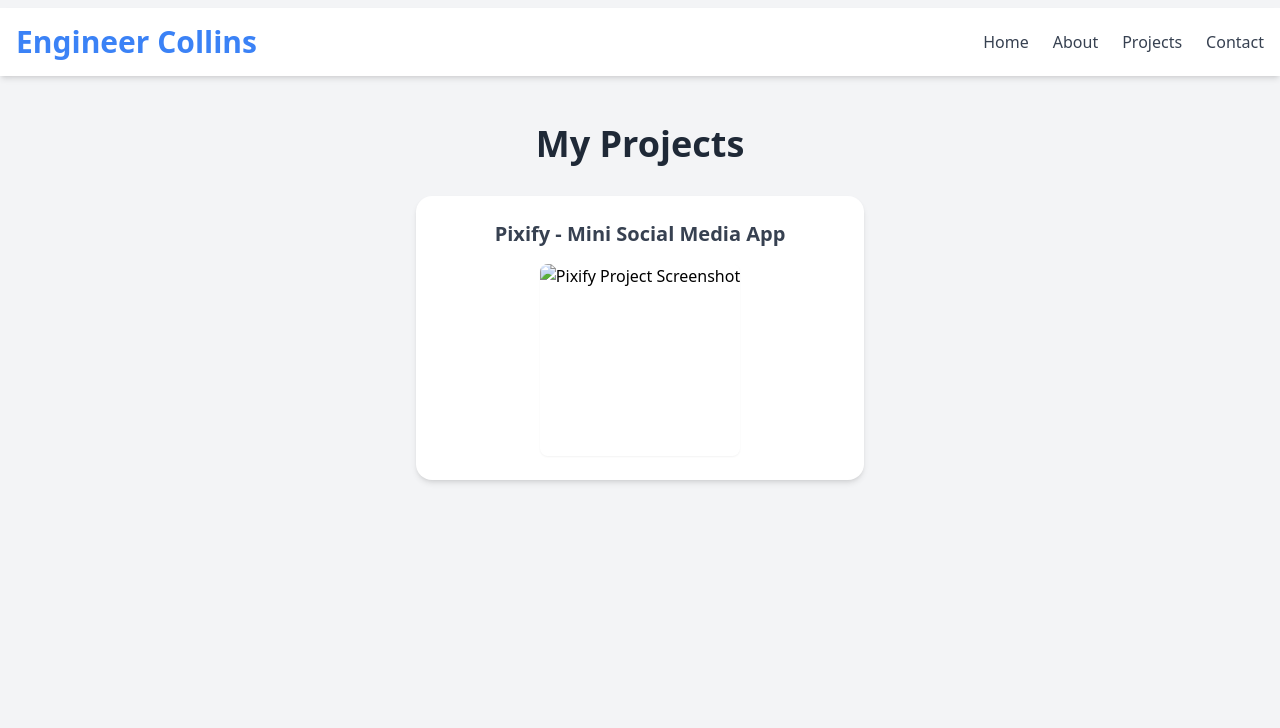
Repository: Engineer-collo/Portfolio
Page: /projects
An editor plug-in stored every save of this project. The page is shown before and after a run of saves, followed by the edit.
The browser window is 1280 px wide. The pictures show the whole page.
The project was rebuilt for these pictures with package versions that can differ from the ones it lists, and the page was loaded fresh each time. Also part of the build but not shown: vite.config.js, src/pages/Footer.jsx, src/pages/HomePage.jsx, src/pages/About.jsx, src/pages/Contact.jsx, src/pages/Blog.jsx, src/pages/Skills.jsx.

Above is the page before, as saved 2025-06-07 17:56:49.

After the next 2 saves:
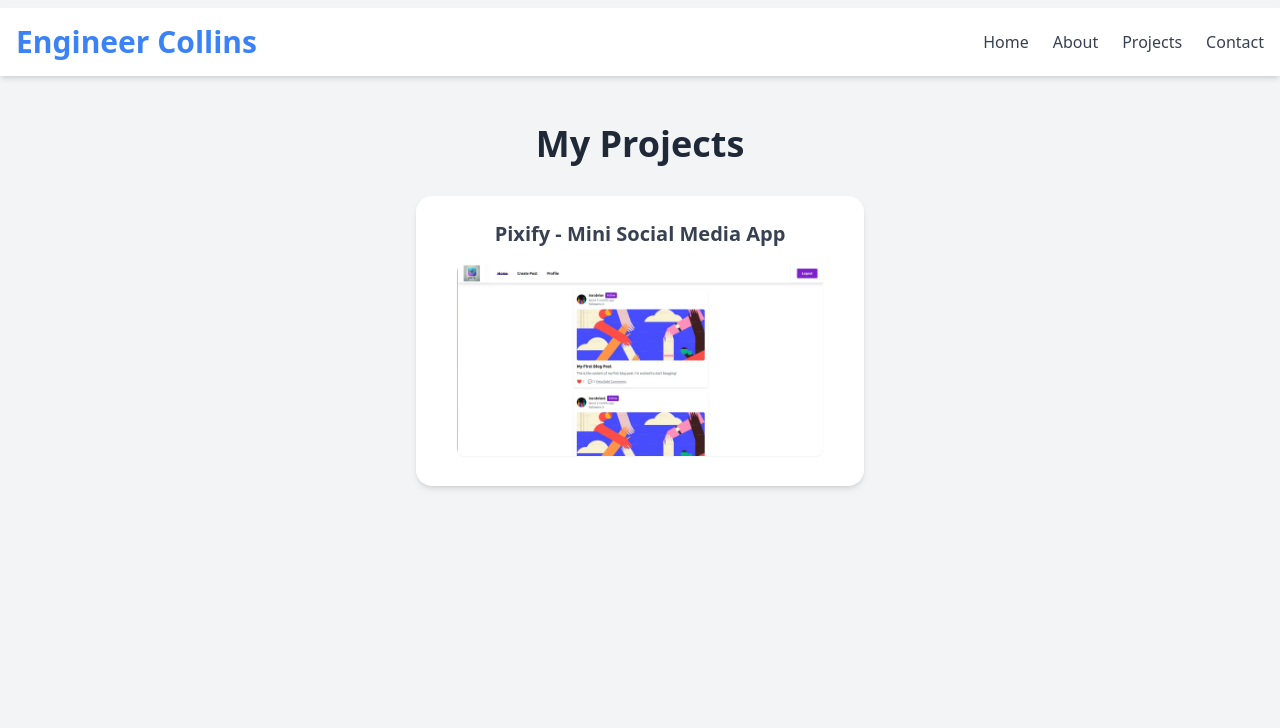
The 2 saves are shown as one change because they came seconds apart.
The last was saved 8 min 25 s later.
--- a/src/pages/Projects.jsx
+++ b/src/pages/Projects.jsx
@@ -21,7 +21,7 @@ const Project = () => {
                         >
                             <img
                                 className="h-48 mx-auto rounded-lg shadow-sm hover:shadow-lg"
-                                src="/"
+                                src="/pixify.png"
                                 alt="Pixify Project Screenshot"
                             />
                         </a>
